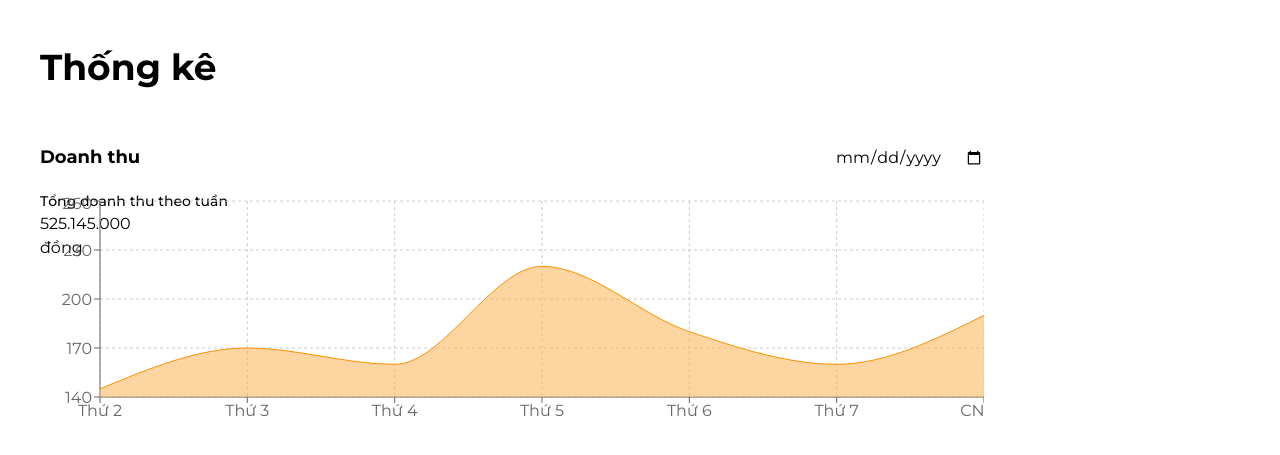
Repository: iphoneboy46/AltaMediaCMS
Page: /
The author's editor kept a copy of each file at every save. The page is drawn from the files as they stood at one save, then again after the next save.
The browser window is 1280 px wide. The pictures show the whole page.
Some web libraries are served in a nearby version. The project was rebuilt for these pictures with package versions that can differ from the ones it lists, and the page was loaded fresh each time.

Above is the page before, as saved 2023-03-26 22:34:14.

After the next save:
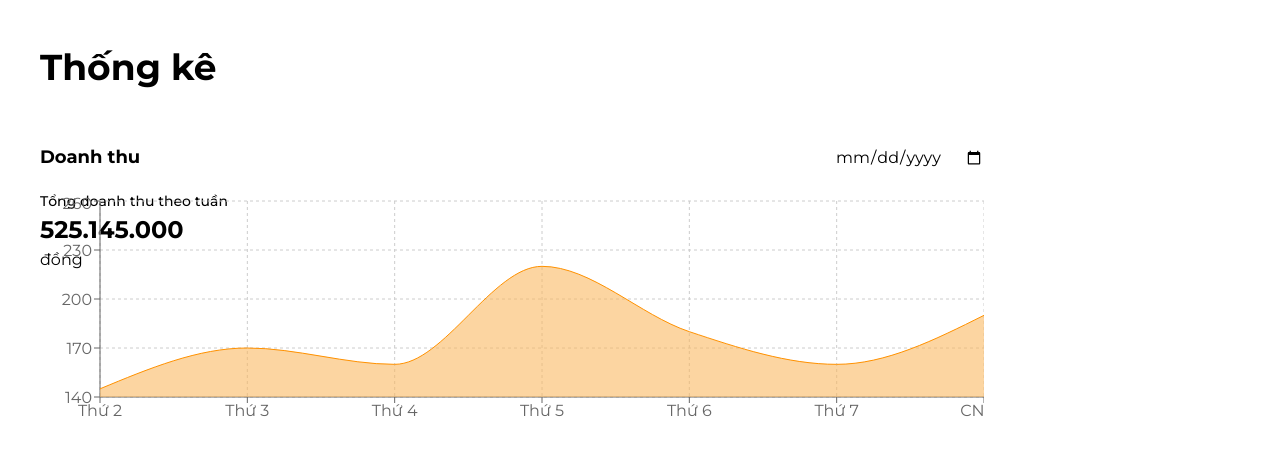
Saved 43 s later.
--- a/src/components/Home/Home.tsx
+++ b/src/components/Home/Home.tsx
@@ -15,8 +15,8 @@ function Home() {
         </div>
         <Charts />
         <div className="di">
-          <h3 className='text-[14px] font-[500]'>Tổng doanh thu theo tuần</h3>
-          <h1>525.145.000</h1> đồng
+          <h3 className="text-[14px] font-[500]">Tổng doanh thu theo tuần</h3>
+          <h1 className="text-[24px] font-[700]">525.145.000</h1> đồng
         </div>
     </div>
   )
